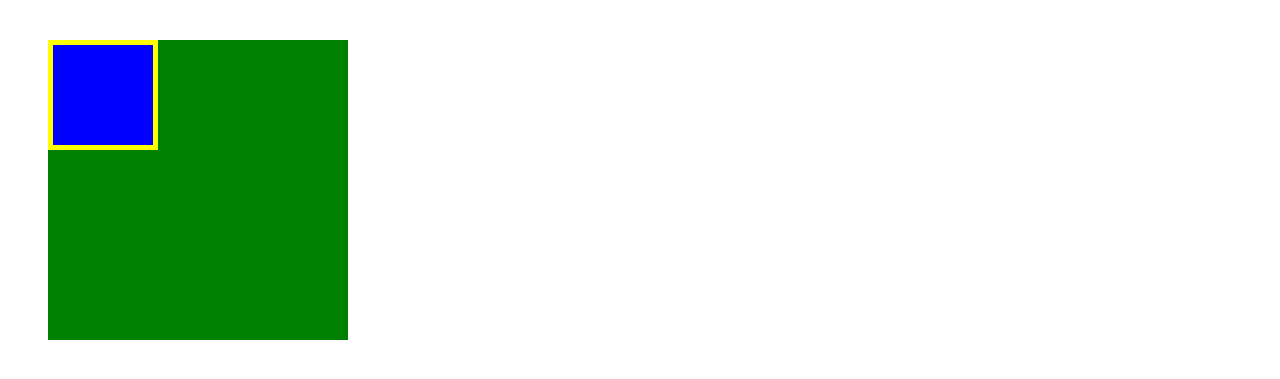
Repository: Yuki-Kawagoe/chapter4
Page: box/box.html
The author's editor kept a record of every edit. The page is drawn from the files as they stood at one moment, then again after the next edit.
The browser window is 1280 px wide. The pictures show the whole page.

Above is the page before.

### box/box.html
<!DOCTYPE html>
<html lang="ja">
 <head>
    <meta charset="UTF-8" />
    <link rel="stylesheet" href="box.css" />
    <title>BOX</title>
 </head>

 <body>
   <div class="box1">
    <div class="box2"></div>
    </div>
 </body>

</html>

### box/box.css
.box1 {
 width: 300px;
 height: 300px;
background-color: green;
margin:40px;
}

.box2 {
width: 100px;
height: 100px;
background-color: blue;
border: 5px solid yellow;
}

After the next edit:
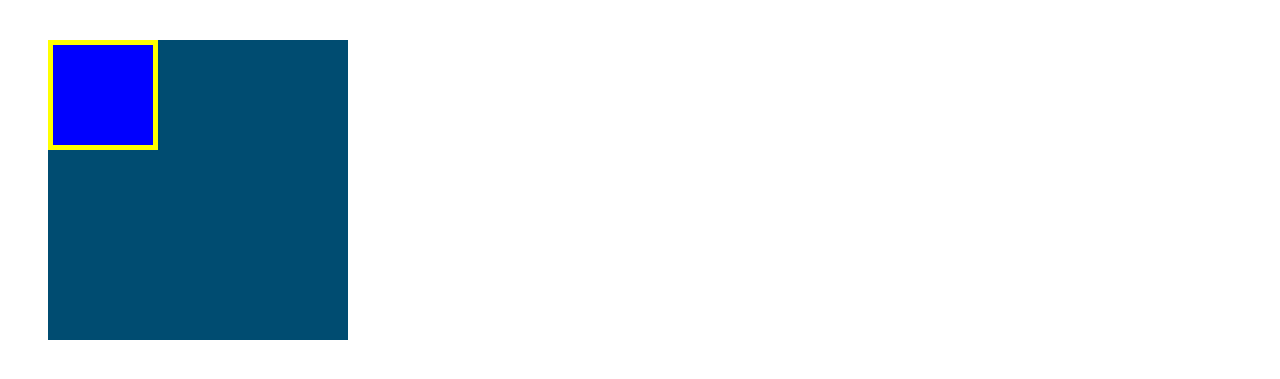
The edit:
--- a/box/box.css
+++ b/box/box.css
@@ -1,7 +1,7 @@
 .box1 {
  width: 300px;
  height: 300px;
-background-color: green;
+background-color: #004C71;
 margin:40px;
 }
 
